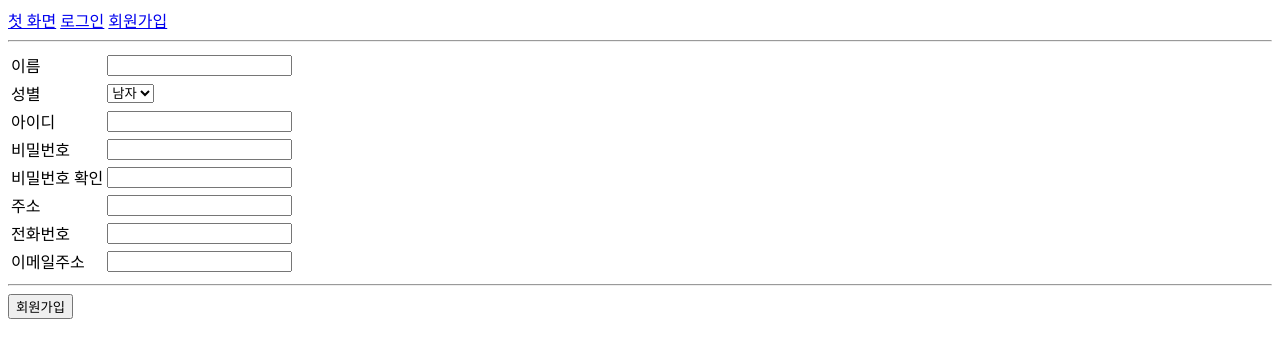
Repository: Gabintree/JDBC2019
Page: http://localhost/Oracle_20190522/join.jsp
The author's editor kept a copy of each file at every save. The page is drawn from the files as they stood at one save, then again after the next save.
The browser window is 1280 px wide. The pictures show the whole page.
The page is served by Tomcat 9.

Above is the page before, as saved 2019-05-23 03:32:37.

### Oracle_20190522/WebContent/join.jsp
<%@ page language="java" contentType="text/html; charset=UTF-8"
    pageEncoding="UTF-8"%>
<!DOCTYPE html>
<html>
<head>
<meta charset="UTF-8">
<title>메인 페이지</title>
</head>
<body>
<a href = "index.jsp">첫 화면</a>
<a href = "login.jsp">로그인</a>
<a href = "join.jsp">회원가입</a>
<hr>
<table>
        <tr>
        <td>이름</td> <td><input type="text" name="name"></td>
        </tr>
        <tr>
        <td>성별</td>
        <td>
        <select name="namyeo" id="namyeo">
            <option value="남자">남자</option>
            <option value="여자">여자</option>
        </select>
        </td>
        <tr>
        <td>아이디</td> <td><input type="text" name="id"></td>
        </tr>
        <tr>
        <td>비밀번호</td> <td><input type="text" name="pw1"></td>
        </tr>
        <tr>
        <td>비밀번호 확인</td> <td><input type="text" name="pw2"></td>
        </tr>
        <tr>
        <td>주소</td> <td><input type="text" name="ad"></td>
        </tr>
        <tr>
        <td>전화번호</td> <td><input type="tel" name="tel"></td>
        </tr>
        <tr>
        <td>이메일주소</td> <td><input type="email" name="email"></td>
        </tr>
     </table>
    <hr>
    <input type="submit" value="회원가입">

</body>
</html>

After the next save:
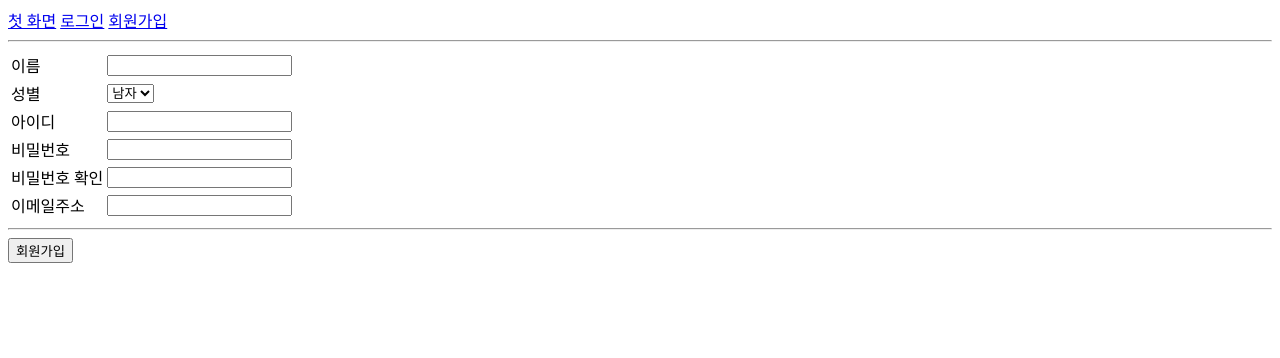
Saved 2 min 32 s later.
--- a/Oracle_20190522/WebContent/join.jsp
+++ b/Oracle_20190522/WebContent/join.jsp
@@ -11,6 +11,8 @@
 <a href = "login.jsp">로그인</a>
 <a href = "join.jsp">회원가입</a>
 <hr>
+
+<form action =joined.jsp method="post">
 <table>
         <tr>
         <td>이름</td> <td><input type="text" name="name"></td>
@@ -33,17 +35,11 @@
         <td>비밀번호 확인</td> <td><input type="text" name="pw2"></td>
         </tr>
         <tr>
-        <td>주소</td> <td><input type="text" name="ad"></td>
-        </tr>
-        <tr>
-        <td>전화번호</td> <td><input type="tel" name="tel"></td>
-        </tr>
-        <tr>
         <td>이메일주소</td> <td><input type="email" name="email"></td>
         </tr>
      </table>
     <hr>
     <input type="submit" value="회원가입">
-
+</form>
 </body>
 </html>
